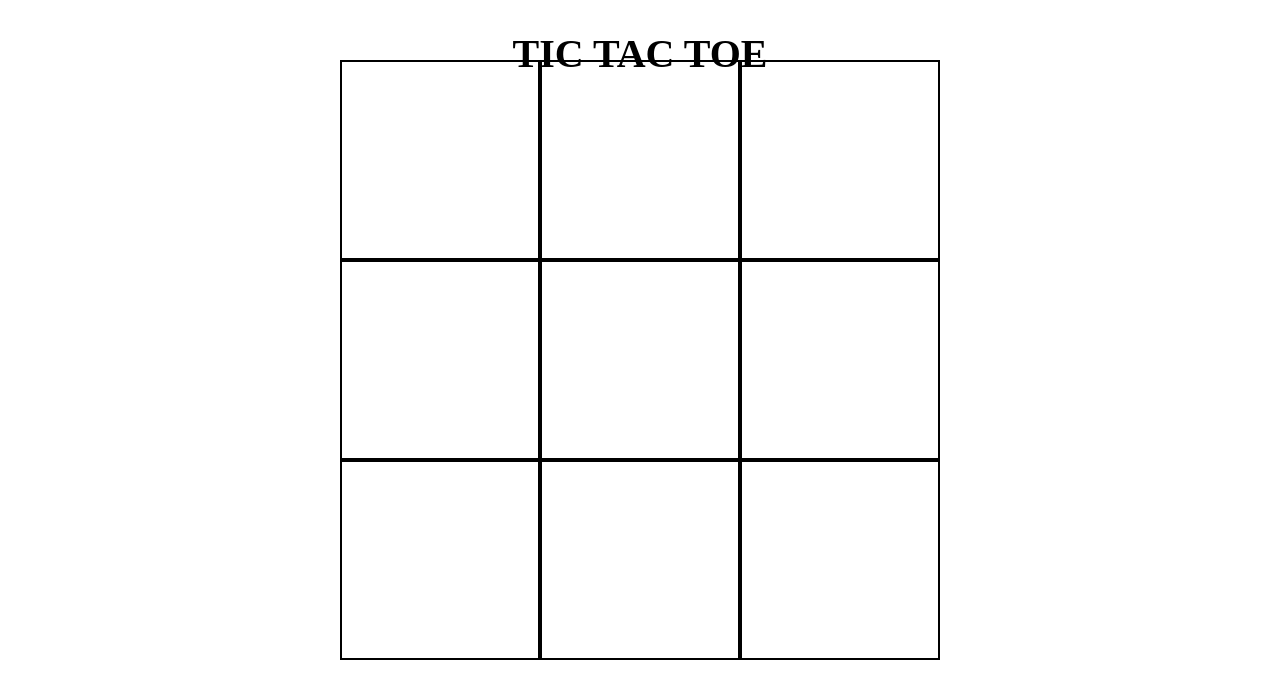
Repository: baumanmilosz/tictactoe
Page: index.html
These files come from the project's save history. The page is drawn as it stood at one moment and after the next save; the edit follows.
The browser window is 1280 px wide. The pictures show the whole page.

Above is the page before, as saved 2019-02-24 18:18:27.

After the next save:
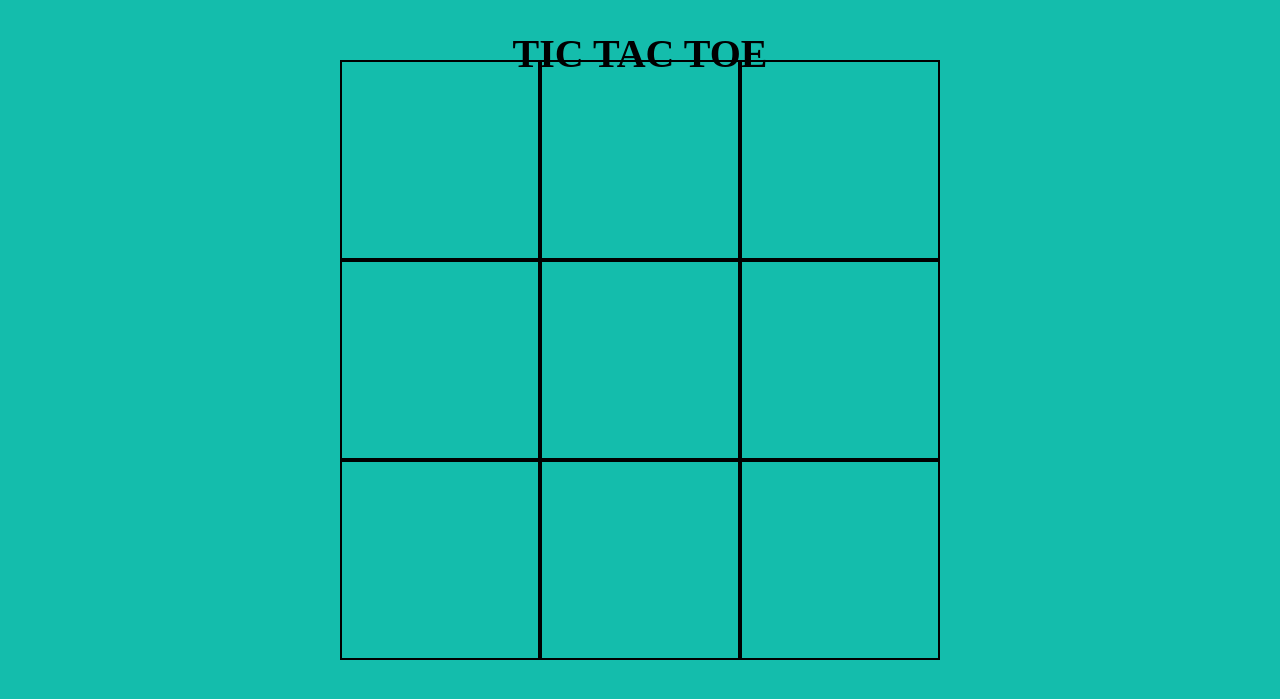
Saved 3 min 33 s later.
--- a/style.css
+++ b/style.css
@@ -11,6 +11,7 @@ html {
 body {
   position: relative;
   height: 100vh;
+  background-color: #14BDAC;
 }
 
 .game-header {
